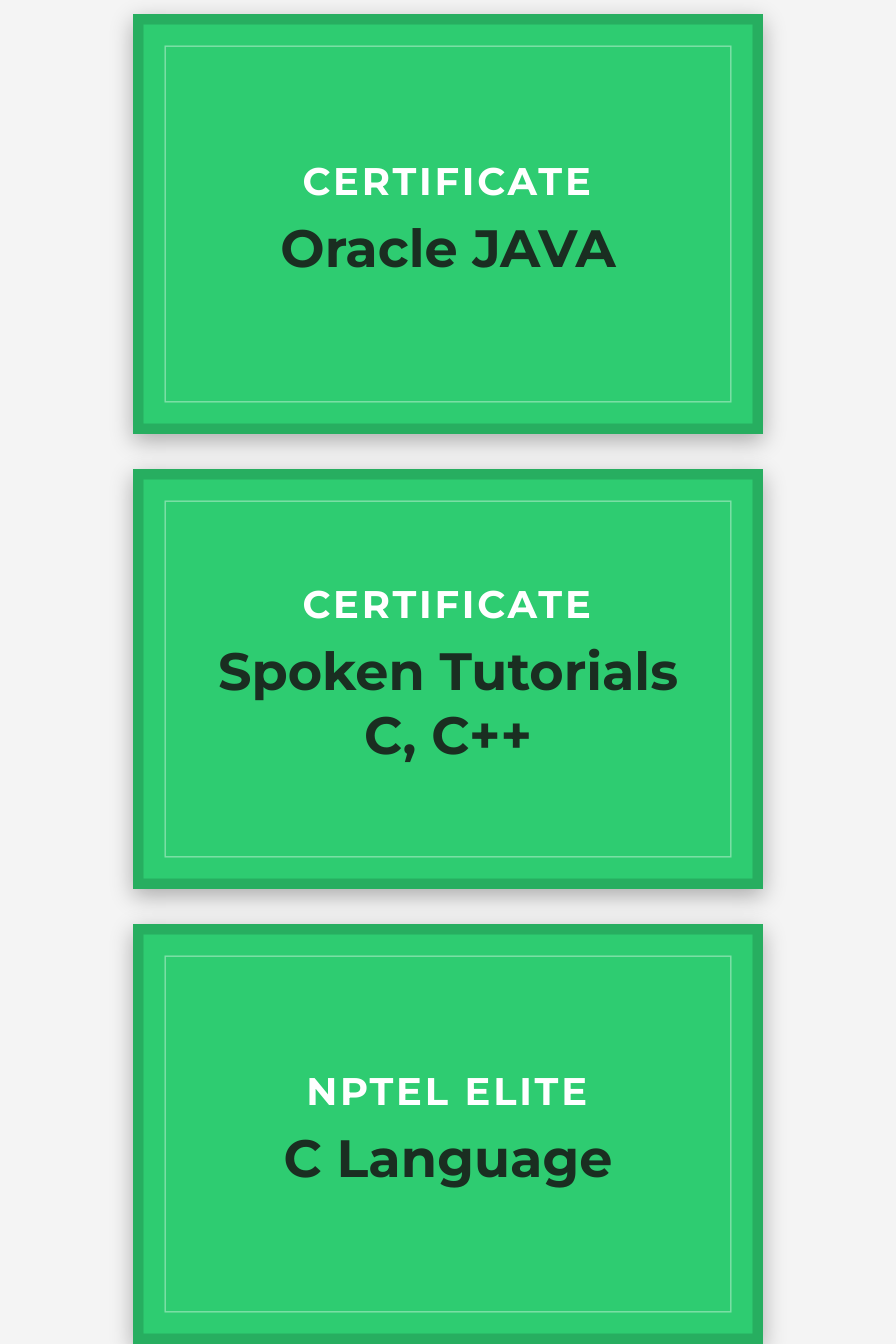
Repository: Priyadharshini-J-CSE/Priyadharshini-J-Portfolio
Page: index2.html
An editor plug-in stored every save of this project. The page is shown before and after the next save, followed by the edit.
The browser window is 1280 px wide. The pictures show the part of the page from y = 0 to 1920 px (the page is 2640 px tall), at 70% of full size.
Some web fonts or font styles are not loaded; a fallback is used.

Above is the page before, as saved 2026-01-23 21:10:34.

### index2.html
<!DOCTYPE html>
<html lang="en">
<head>
    <meta charset="UTF-8">
    <title>Professional Certificates</title>
    <link href="https://fonts.googleapis.com/css2?family=Montserrat:wght@400;700&family=Playfair+Display:ital,wght@1,600&display=swap" rel="stylesheet">
    <style>
        body { background: #f4f4f4; margin: 0; padding: 20px; font-family: 'Montserrat', sans-serif; }

        /* The main certificate container */
        .cert-container {
            width: 900px;
            height: 600px;
            background-color: #2ecc71; /* Your requested color */
            margin: 0 auto 50px auto;
            padding: 30px;
            border: 15px solid #27ae60; /* Darker green border */
            box-shadow: 0 10px 30px rgba(0,0,0,0.3);
            color: white;
            position: relative;
            box-sizing: border-box;
            text-align: center;
        }

        .inner-frame {
            border: 2px solid rgba(255,255,255,0.4);
            height: 100%;
            width: 100%;
            padding: 40px;
            box-sizing: border-box;
            display: flex;
            flex-direction: column;
            justify-content: center;
        }

        .header { font-size: 55px; font-weight: 700; margin: 0; text-transform: uppercase; letter-spacing: 4px; }
        .sub-header { font-size: 18px; margin: 20px 0; font-weight: 400; letter-spacing: 2px; }

        .student-name {
            font-family: 'Playfair Display', serif;
            font-size: 45px;
            margin: 20px 0;
            color: #ffffff;
            border-bottom: 2px solid white;
            display: inline-block;
            padding: 0 40px;
        }

        .description { font-size: 16px; margin: 20px 0; line-height: 1.6; }
        .course-title { font-size: 75px; font-weight: 700; margin: 15px 0; color: #1a2e21; }
        .provider { font-size: 14px; text-transform: uppercase; margin-top: 10px; opacity: 0.9; }

        .footer {
            display: flex;
            justify-content: space-between;
            margin-top: 50px;
            padding: 0 60px;
        }
        .signature-box { border-top: 1px solid white; width: 180px; padding-top: 10px; font-size: 12px; }
    </style>
</head>
<body>

    <div class="cert-container">
        <div class="inner-frame">
            <h1 class="header">Certificate</h1>

            <div class="course-title">Oracle JAVA</div>



        </div>
    </div>

    <div class="cert-container">
        <div class="inner-frame">
           <h1 class="header">Certificate</h1>

            <div class="course-title"> Spoken Tutorials  C, C++</div>


        </div>
    </div>

    <div class="cert-container">
        <div class="inner-frame">
            <h1 class="header">NPTEL Elite</h1>

            <div class="course-title">C Language</div>

        </div>
    </div>

    <div class="cert-container">
        <div class="inner-frame">
            <h1 class="header">Certificate</h1>

            <div class="course-title">Sololearn: HTML</div>

        </div>
    </div>

</body>
</html>

After the next save:
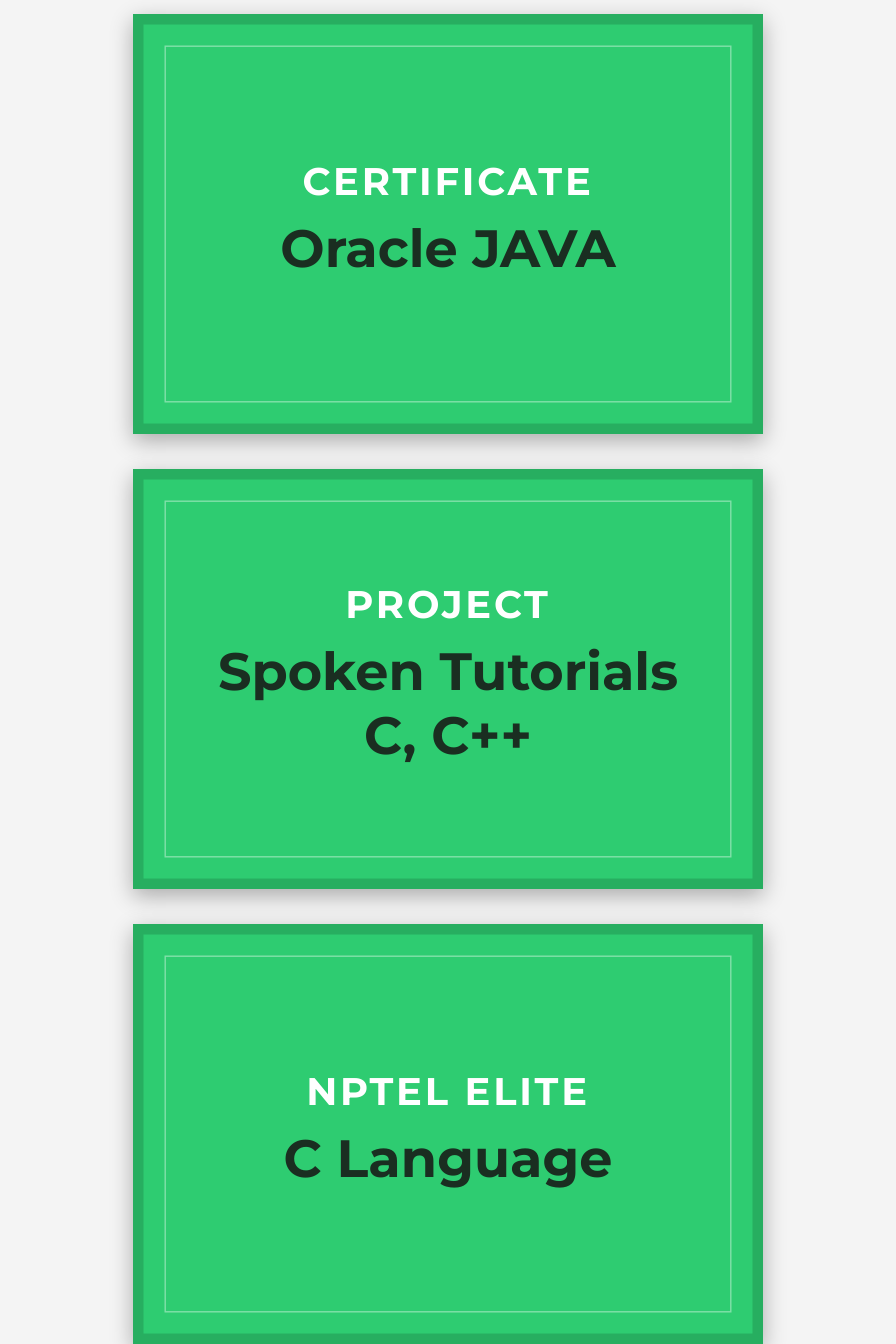
Saved 69 s later.
--- a/index2.html
+++ b/index2.html
@@ -74,7 +74,7 @@
 
     <div class="cert-container">
         <div class="inner-frame">
-           <h1 class="header">Certificate</h1>
+           <h1 class="header">Project</h1>
 
             <div class="course-title"> Spoken Tutorials  C, C++</div>
 
